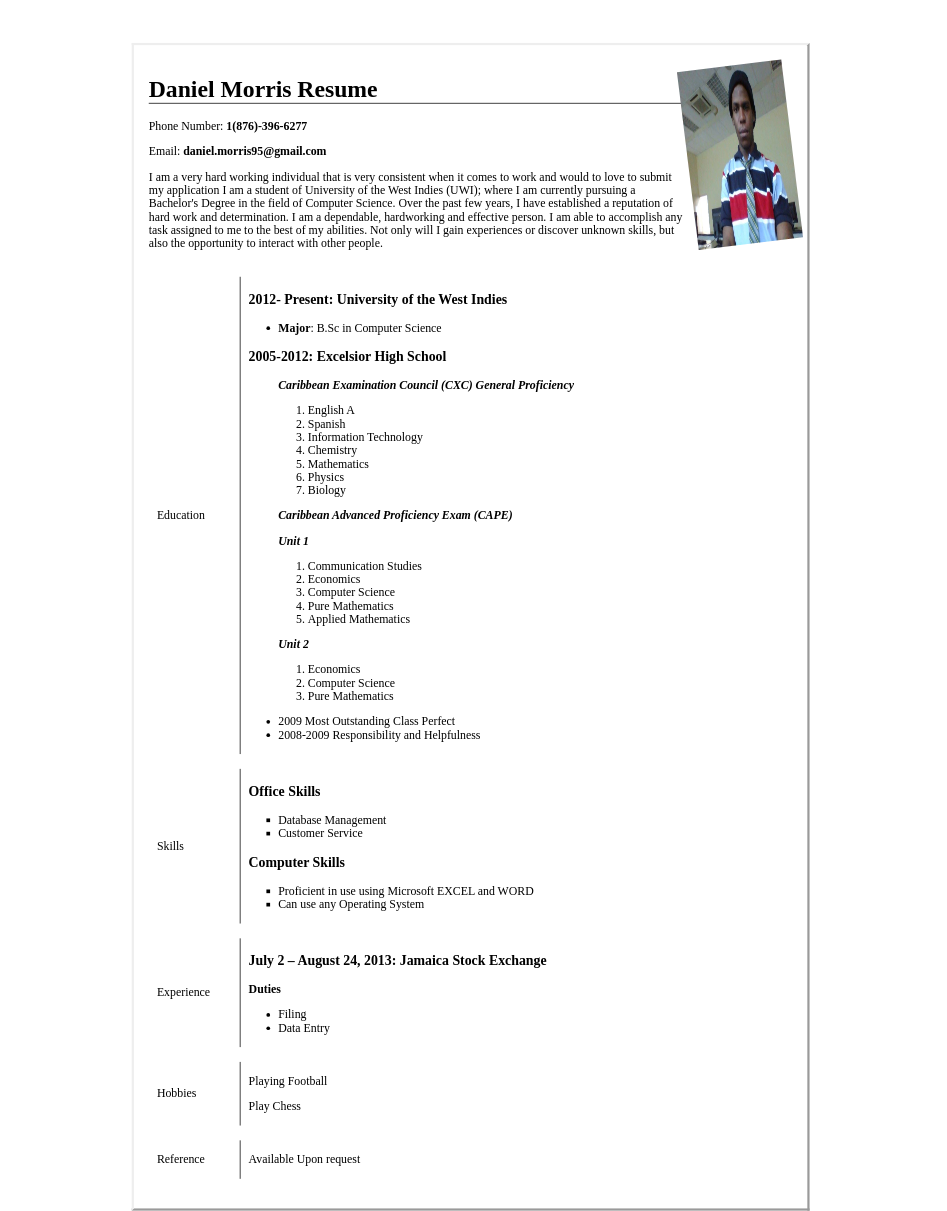
Repository: Alvezsoftware/daniel
Page: workspace/webresume.html
The author's editor kept a record of every edit. The page is drawn from the files as they stood at one moment, then again after the next edit.
The browser window is 1280 px wide. The pictures show the whole page, at 74% of full size.

Above is the page before.

### workspace/webresume.html
<!DOCTYPE html>
<html>

<head>
    <link rel="stylesheet" type="text/css" href="stylesheet.css">
</head>

<body>
<div id="pos"><img src = "daniel.jpg
" >
<h1 id="line" >Daniel Morris Resume</h1>


<p>Phone Number: <Strong>1(876)-396-6277</Strong></p>
<p>Email: <Strong>daniel.morris95@gmail.com</Strong></p>

<p id="test" >I am a very hard working individual that is very consistent when it comes to work and would to

love to submit my application

I am a student of University of the West Indies (UWI); where I am currently pursuing a

Bachelor&#39;s Degree in the field of Computer Science.

Over the past few years, I have established a reputation of hard work and determination. I am a

dependable, hardworking and effective person. I am able to accomplish any task assigned to me

to the best of my abilities. Not only will I gain experiences or discover unknown skills, but also

the opportunity to interact with other people.</p>
<table >
        <tr>
            <td class="separator">
            Education
            </td>
            <td>
            <h3>2012- Present: University of the West Indies</h3>
            <ul>
                <li><Strong>Major</Strong>: B.Sc in Computer Science</li>
            </ul>
            <h3>2005-2012: Excelsior High School</h3>
            <ul>
                <p><Strong><em>Caribbean Examination Council (CXC) General Proficiency</em></Strong></p>
                <ol>
                <li>English A</li>
                <li> Spanish </li>
                <li>Information Technology </li>
                <li>Chemistry </li>
                <li> Mathematics </li>
                <li> Physics </li>
                <li> Biology </li>
                </ol>
            </ul>
            <ul>
                <p><Strong><em>Caribbean Advanced Proficiency Exam (CAPE)</em></Strong></p>
                <p><Strong><em>Unit 1</em></Strong></p>
                <ol>
                <li>Communication Studies</li>
                <li> Economics </li>
                <li>Computer Science </li>
                <li>Pure Mathematics </li>
                <li>Applied Mathematics </li>
                </ol>
            </ul>
             <ul>
                <p><Strong><em>Unit 2</em></Strong></p>
                <ol>
                <li> Economics </li>
                <li>Computer Science </li>
                <li>Pure Mathematics </li>
                </ol>
            </ul>
            <ul>
                <li>2009 Most Outstanding Class Perfect</li>
                <li>2008-2009 Responsibility and Helpfulness</li>
            </ul>
            </td>
        </tr>
         <tr>
            <td class="separator">
            Skills
            </td>
            <td>
            <h3>Office Skills</h3>
                <ol style="list-style-type:square" >
                    <li>Database Management</li>
                    <li>Customer Service</li>
                </ol>
                <h3>Computer Skills</h3>
                <ol style="list-style-type:square" >
                    <li>Proficient in use using Microsoft EXCEL and WORD</li>
                    <li>Can use any Operating System</li>
                </ol>
            </td>
        </tr>
        <tr>
            <td class="separator">
            Experience
            </td>
            <td>
                <h3>July 2 	&ndash; August 24, 2013: Jamaica Stock Exchange</h3>
                <p id= "centre"><Strong>Duties</Strong></p>
                <ul>
                    <li>Filing</li>
                    <li>Data Entry</li>
                </ul>
            </td>
        </tr>
         <tr>
            <td class="separator">
            Hobbies
            </td>
             <td>
                <p>Playing Football</p>
                <p>Play Chess</p>
            </td>
        </tr>

         <tr>
            <td class="separator">
            Reference
            </td>
             <td>
             <p>Available Upon request</p>
            </td>
        </tr>
</table>
</div>

</body>
</html>

### workspace/stylesheet.css
div{
    border-style:outset;
    padding:20px;
    margin: 50px 170px;
}
img{
float:right;
width:142px;
height:242px;
position: relative;
right:0;
top: 7px;
transform:rotate(-7deg)
}
#pos{
    position:absolute;
    width:68%;
}

h1{
    text-align: left;
}


#line
{
  border-bottom:1px;
  border-style:solid;
  border-top:0px;
  border-right:0px;
  border-left:0px;
  width:90%;
}
table{
   border-collapse: separate;
   border-spacing: 10px 20px;
}
td{
     padding-right:40px;
}

.separator{
  border-right:1px;
  border-style:solid;
  border-top:0px;
  border-bottom:0px;
  border-left:0px;
}


#test {
    width: 61em;
    word-wrap: break-word;
}

After the next edit:
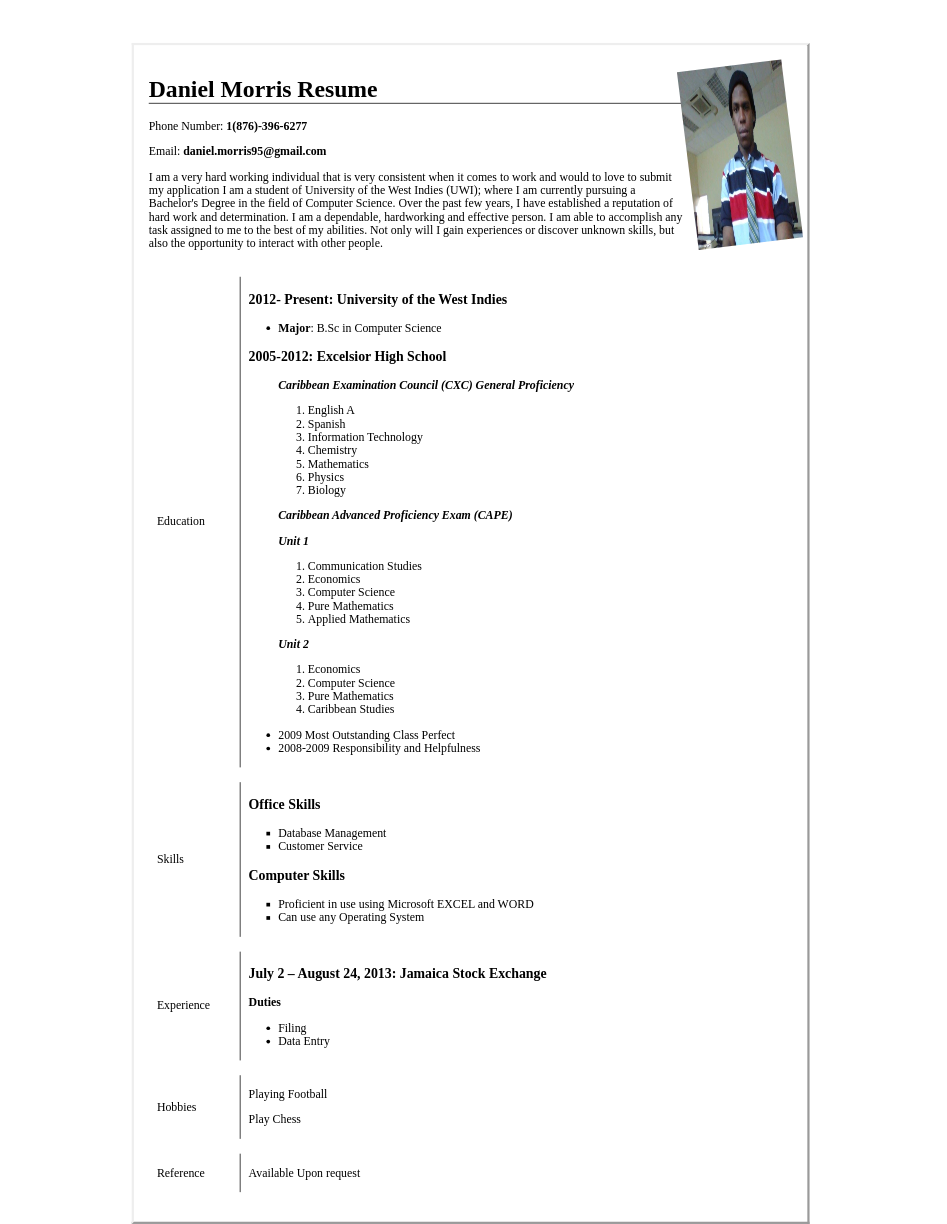
The edit:
--- a/workspace/webresume.html
+++ b/workspace/webresume.html
@@ -69,6 +69,7 @@
                 <li> Economics </li>
                 <li>Computer Science </li>
                 <li>Pure Mathematics </li>
+                <li>Caribbean Studies </li>
                 </ol>
             </ul>
             <ul>
